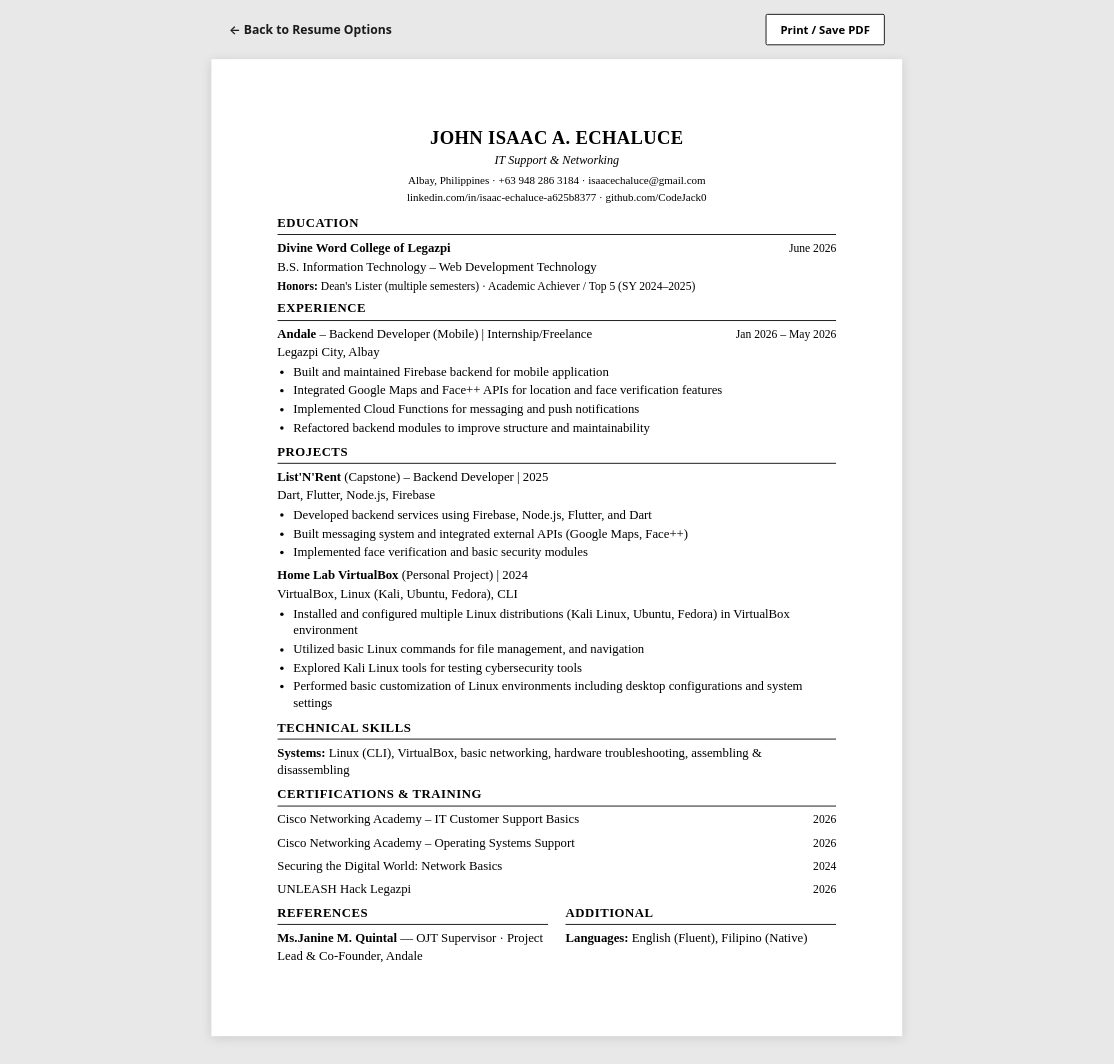
Repository: CodeJack0/Professional_Portfolio
Page: pages/resume_networking.html
These files come from the project's save history. The page is drawn as it stood at one moment and after the next save; the edit follows.
The browser window is 1280 px wide. The pictures show the whole page, at 87% of full size.

Above is the page before, as saved 2026-05-30 09:11:21.

After the next save:
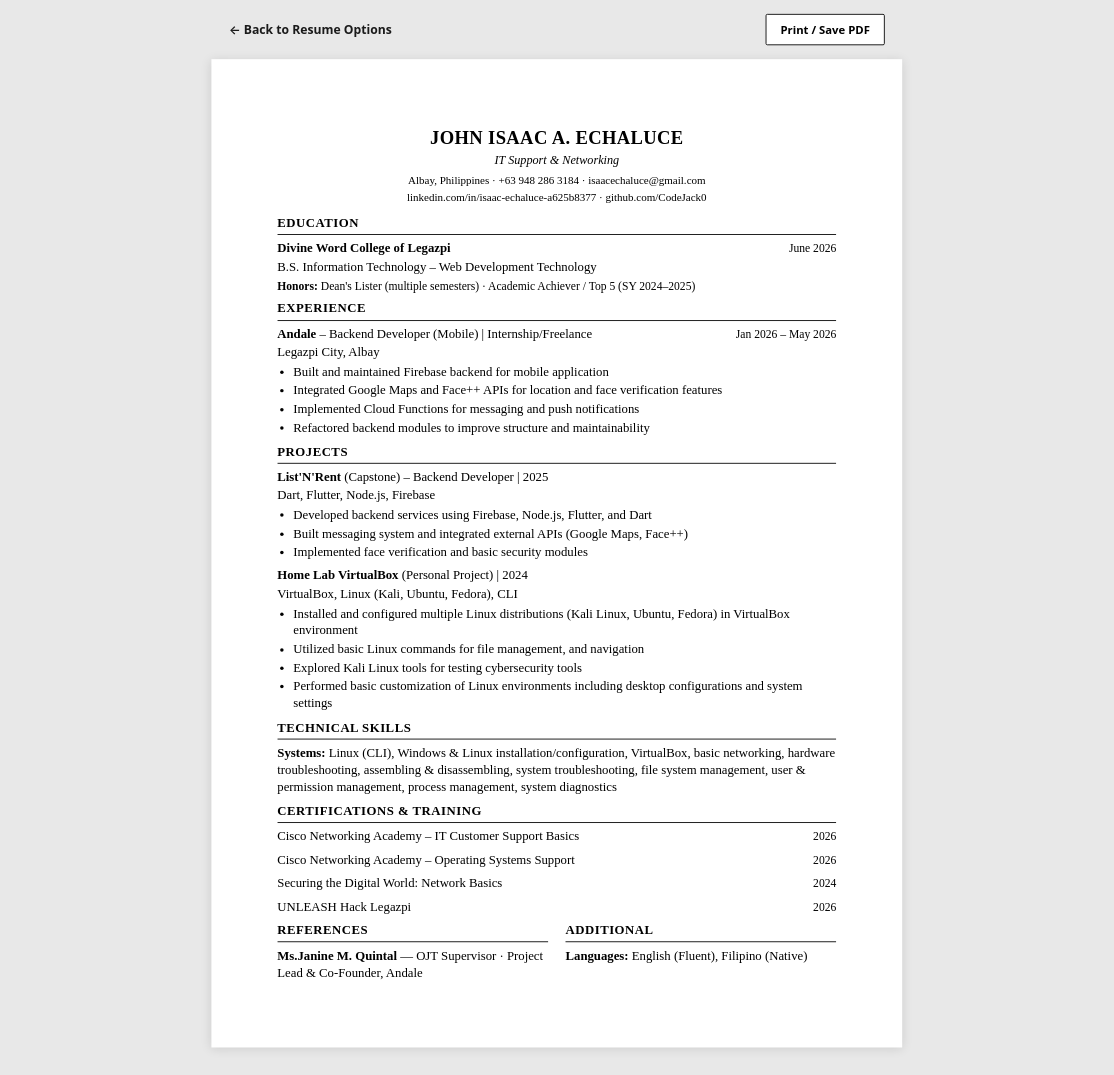
Saved 14 min 20 s later.
--- a/pages/resume_networking.html
+++ b/pages/resume_networking.html
@@ -102,7 +102,7 @@
 
       <section class="resume-section">
         <h2 class="resume-section-title">Technical Skills</h2>
-        <p class="skills-line"><strong>Systems:</strong> Linux (CLI), VirtualBox, basic networking, hardware troubleshooting, assembling &amp; disassembling</p>
+        <p class="skills-line"><strong>Systems:</strong> Linux (CLI), Windows &amp; Linux installation/configuration, VirtualBox, basic networking, hardware troubleshooting, assembling &amp; disassembling, system troubleshooting, file system management, user &amp; permission management, process management, system diagnostics</p>
       </section>
 
       <section class="resume-section">
